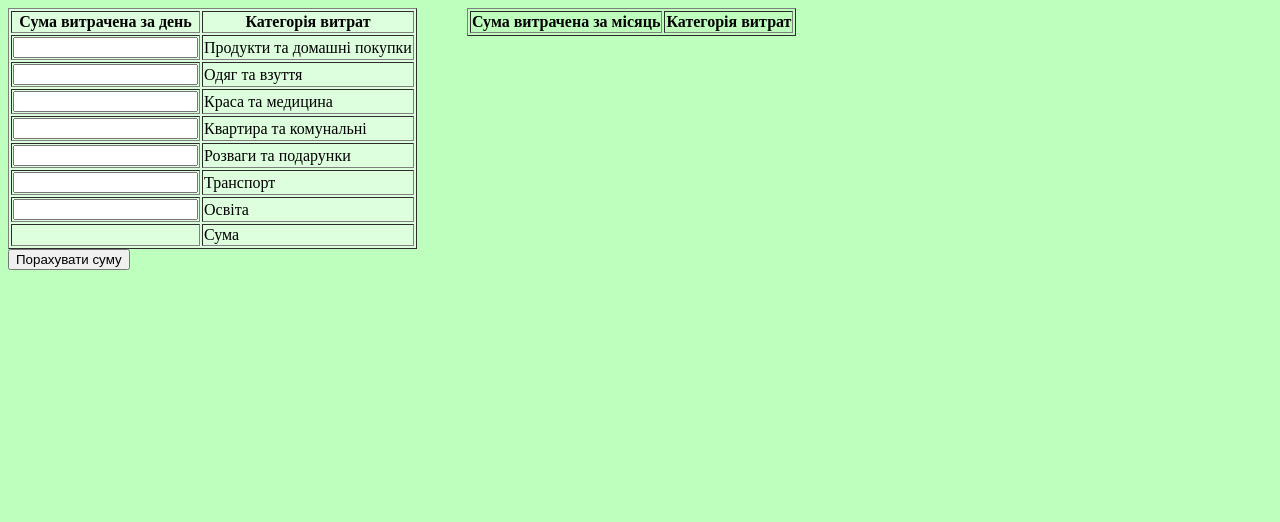
Repository: alexandrastarovoyda-star/Planer2
Page: index.html
An editor plug-in stored every save of this project. The page is shown before and after the next save, followed by the edit.
The browser window is 1280 px wide. The pictures show the whole page.

Above is the page before, as saved 2026-03-25 22:01:59.

After the next save:
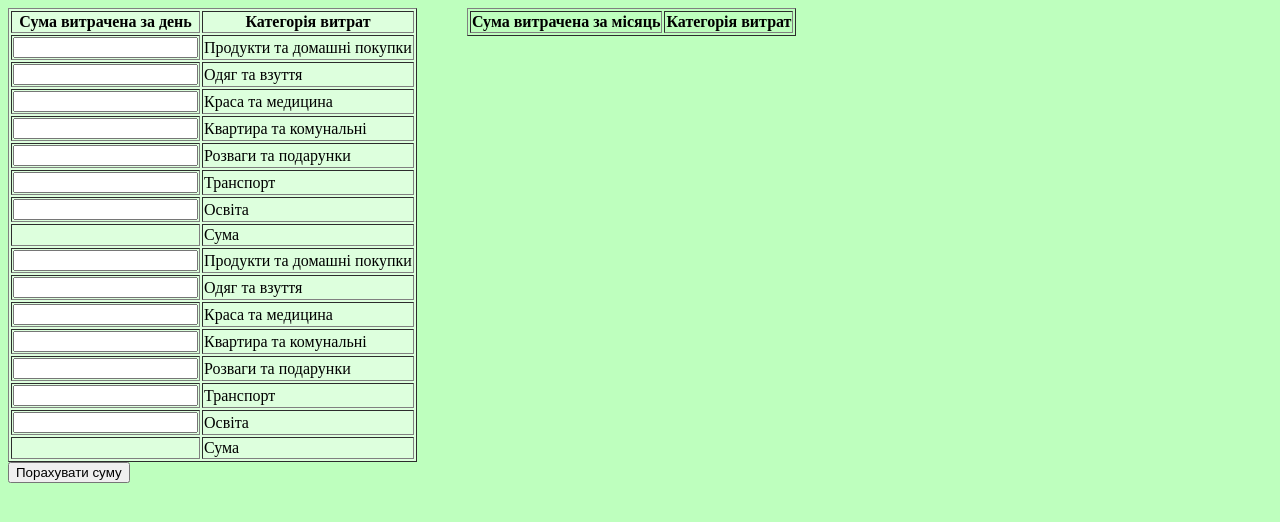
Saved 81 s later.
--- a/js/index.js
+++ b/js/index.js
@@ -1,59 +1,92 @@
-const list1 = ['Продукти та домашні покупки', 'Одяг та взуття', 'Краса та медицина', 'Квартира та комунальні', 'Розваги та подарунки', 'Транспорт', 'Освіта'];
+{
+    const list1 = ['Продукти та домашні покупки', 'Одяг та взуття', 'Краса та медицина', 'Квартира та комунальні', 'Розваги та подарунки', 'Транспорт', 'Освіта'];
 
-list1.forEach(Myfunction);
-LoadData();
+    list1.forEach(Myfunction);
+    LoadData();
 
-function Myfunction(value, id){
+    function Myfunction(value, id){
+        const tr = document.createElement('tr');
+        const td1 = document.createElement('td');
+        const td2 = document.createElement('td');
+        const input = document.createElement('input');
+        input.type = 'number';
+        input.id = `input_${id}_day_spend_table`;
+        input.addEventListener('input', SaveData);
+        td2.textContent = value;
+        td1.appendChild(input);
+        tr.appendChild(td1);
+        tr.appendChild(td2);
+        document.getElementById('day_spend_table').appendChild(tr);
+    };
+
     const tr = document.createElement('tr');
     const td1 = document.createElement('td');
     const td2 = document.createElement('td');
-    const input = document.createElement('input');
-    input.type = 'number';
-    input.id = `input_${id}_day_spend_table`;
-    input.addEventListener('input', SaveData);
-    td2.textContent = value;
-    td1.appendChild(input);
+    td1.id = `sum1`;
+    td2.textContent = 'Сума';
     tr.appendChild(td1);
     tr.appendChild(td2);
     document.getElementById('day_spend_table').appendChild(tr);
-};
 
-const tr = document.createElement('tr');
-const td1 = document.createElement('td');
-const td2 = document.createElement('td');
-td1.id = `sum1`;
-td2.textContent = 'Сума';
-tr.appendChild(td1);
-tr.appendChild(td2);
-document.getElementById('day_spend_table').appendChild(tr);
+    function CalculeteSum(){
+        let sum = 0;
+        const inputs = document.querySelectorAll('#day_spend_table input');
 
-function CalculeteSum(){
-    let sum = 0;
-    const inputs = document.querySelectorAll('#day_spend_table input');
+        inputs.forEach(function(input){
+            const value = Number(input.value);
+            if(!isNaN(value)){
+                sum += value;
+            };
+        });
+        document.getElementById('sum1').textContent = sum;
+    };
 
-    inputs.forEach(function(input){
-        const value = Number(input.value);
-        if(!isNaN(value)){
-            sum += value;
-        };
-    });
-    document.getElementById('sum1').textContent = sum;
-};
+    document.getElementById('Calculate_sum').onclick = CalculeteSum;
 
-document.getElementById('Calculate_sum').onclick = CalculeteSum;
+    function SaveData(){
+        const inputs = document.querySelectorAll('#day_spend_table input');
+        inputs.forEach(function (input){
+            localStorage.setItem(input.id, input.value);
+        });
+    };
 
-function SaveData(){
-    const inputs = document.querySelectorAll('#day_spend_table input');
-    inputs.forEach(function (input){
-        localStorage.setItem(input.id, input.value);
-    });
-};
+    function LoadData (){
+        const inputs = document.querySelectorAll('#day_spend_table input');
+        inputs.forEach(function(input){
+            const saved = localStorage.getItem(input.id);
+            if(saved !== null)
+                input.value = saved;
+        });
+    };
+}
 
-function LoadData (){
-    const inputs = document.querySelectorAll('#day_spend_table input');
-    inputs.forEach(function(input){
-        const saved = localStorage.getItem(input.id);
-        if(saved !== null)
-            input.value = saved;
-    });
-};
+{
+    const list1 = ['Продукти та домашні покупки', 'Одяг та взуття', 'Краса та медицина', 'Квартира та комунальні', 'Розваги та подарунки', 'Транспорт', 'Освіта'];
+
+    list1.forEach(Myfunction);
+    LoadData();
+
+    function Myfunction(value, id){
+        const tr = document.createElement('tr');
+        const td1 = document.createElement('td');
+        const td2 = document.createElement('td');
+        const input = document.createElement('input');
+        input.type = 'number';
+        input.id = `input_${id}_day_spend_table`;
+        input.addEventListener('input', SaveData);
+        td2.textContent = value;
+        td1.appendChild(input);
+        tr.appendChild(td1);
+        tr.appendChild(td2);
+        document.getElementById('day_spend_table').appendChild(tr);
+    };
+
+    const tr = document.createElement('tr');
+    const td1 = document.createElement('td');
+    const td2 = document.createElement('td');
+    td1.id = `sum1`;
+    td2.textContent = 'Сума';
+    tr.appendChild(td1);
+    tr.appendChild(td2);
+    document.getElementById('day_spend_table').appendChild(tr);
+}
